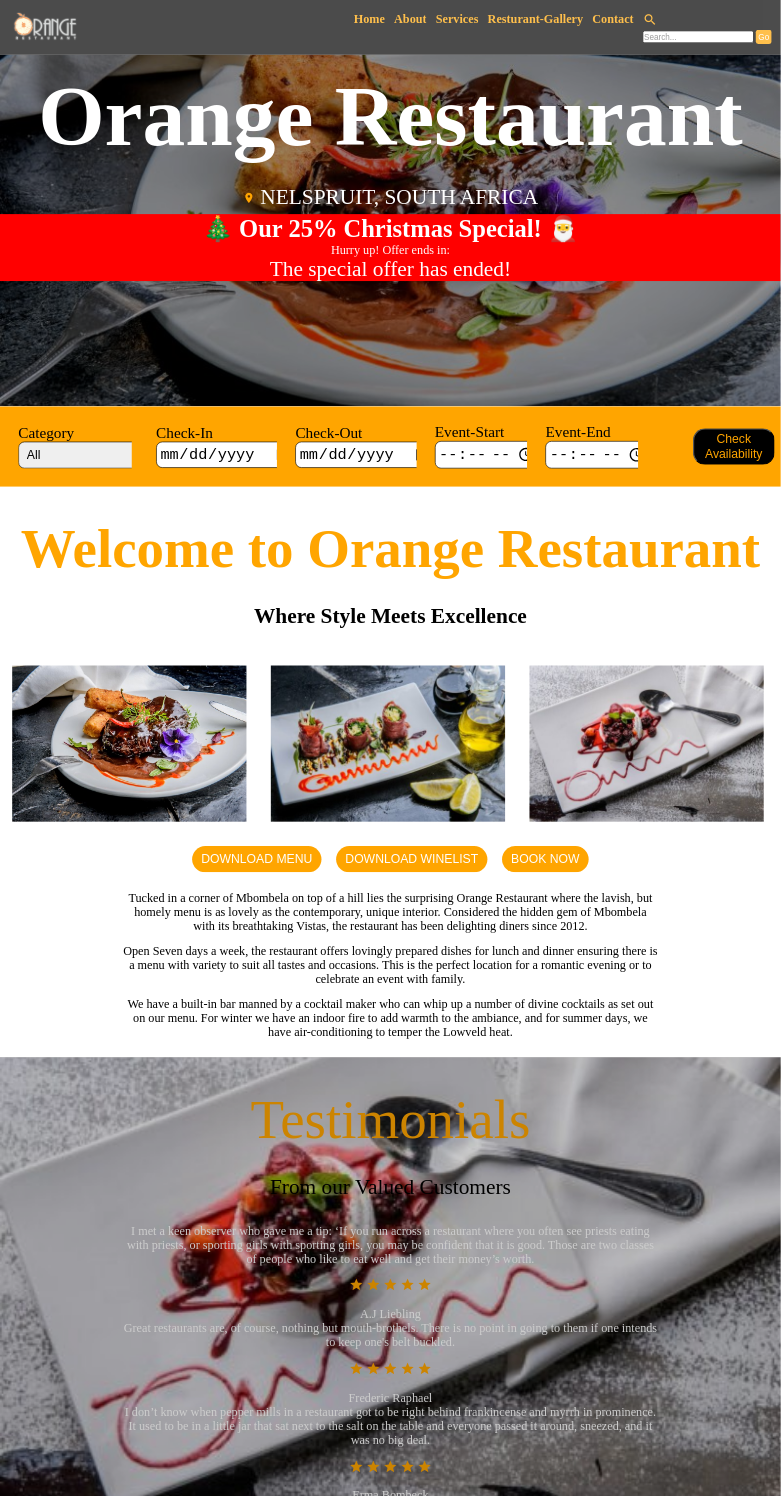
Repository: KaraboM20/KaraboUpdatedProjectOrang-Rest
Page: index.html
An editor plug-in stored every save of this project. The page is shown before and after the next save, followed by the edit.
The browser window is 1280 px wide. The pictures show the whole page, at 61% of full size.

Above is the page before, as saved 2025-01-31 13:55:28.

After the next save:
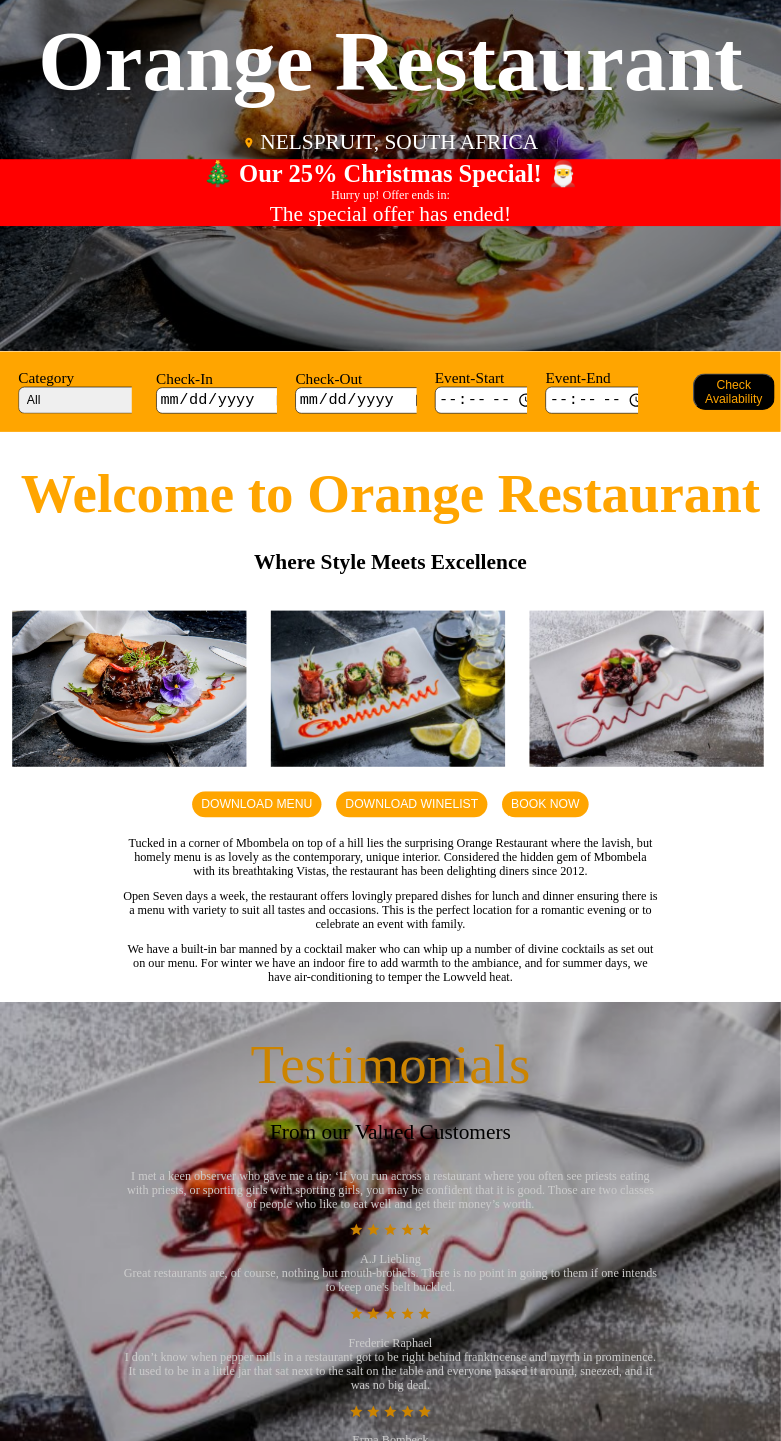
Saved 20 s later.
--- a/style.css
+++ b/style.css
@@ -9,7 +9,8 @@
 .nav-section {
     opacity: 0.7;
     background-color: black;
-
+    position: fixed;
+    top: 0;
 }
 
 
